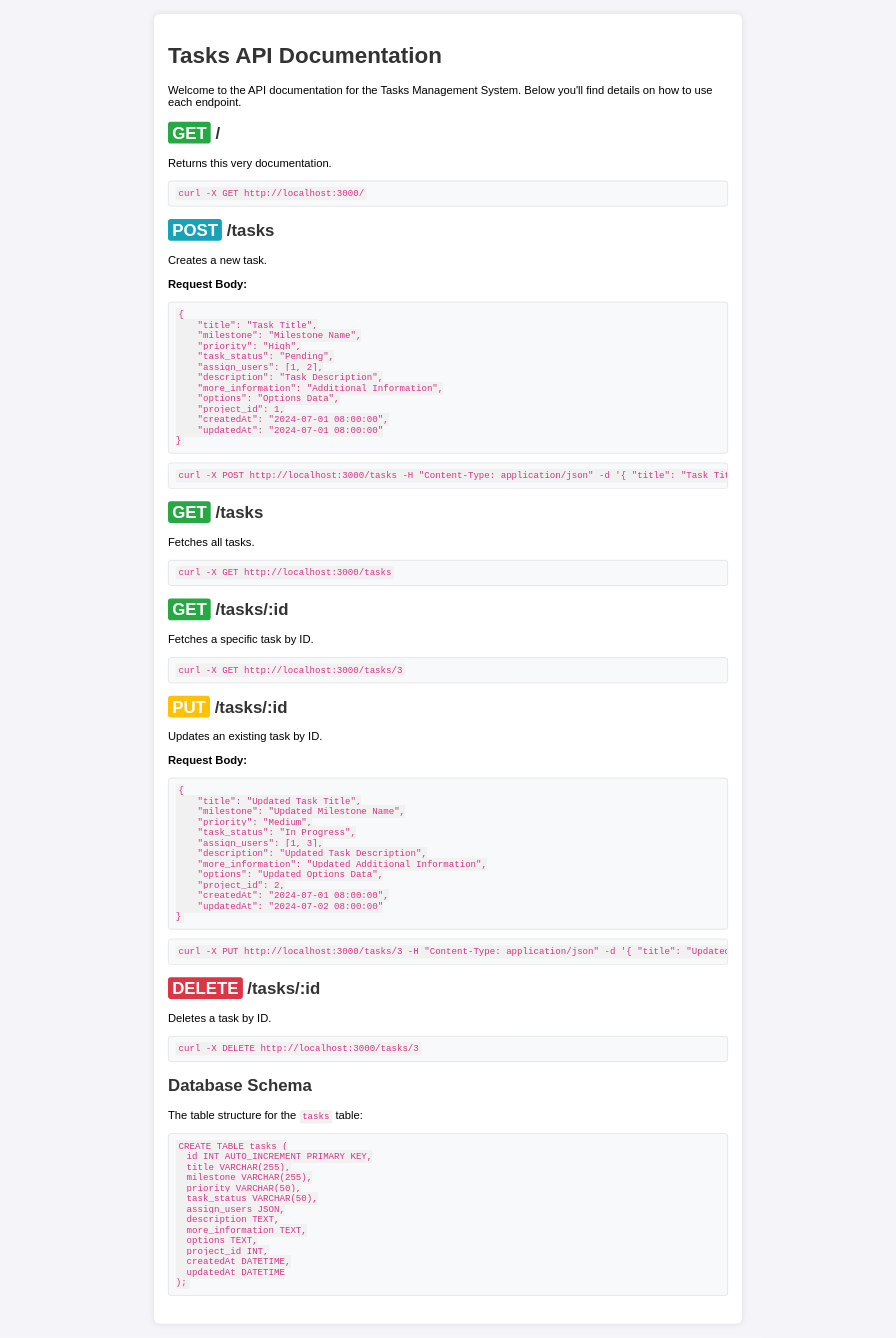
Repository: SpicierEwe/projects_node_express_server
Page: api_documentation/documentation.html
These files come from the project's save history. The page is drawn as it stood at one moment and after the next save; the edit follows.
The browser window is 1280 px wide. The pictures show the whole page, at 70% of full size.

Above is the page before, as saved 2024-07-23 17:25:04.

After the next save:
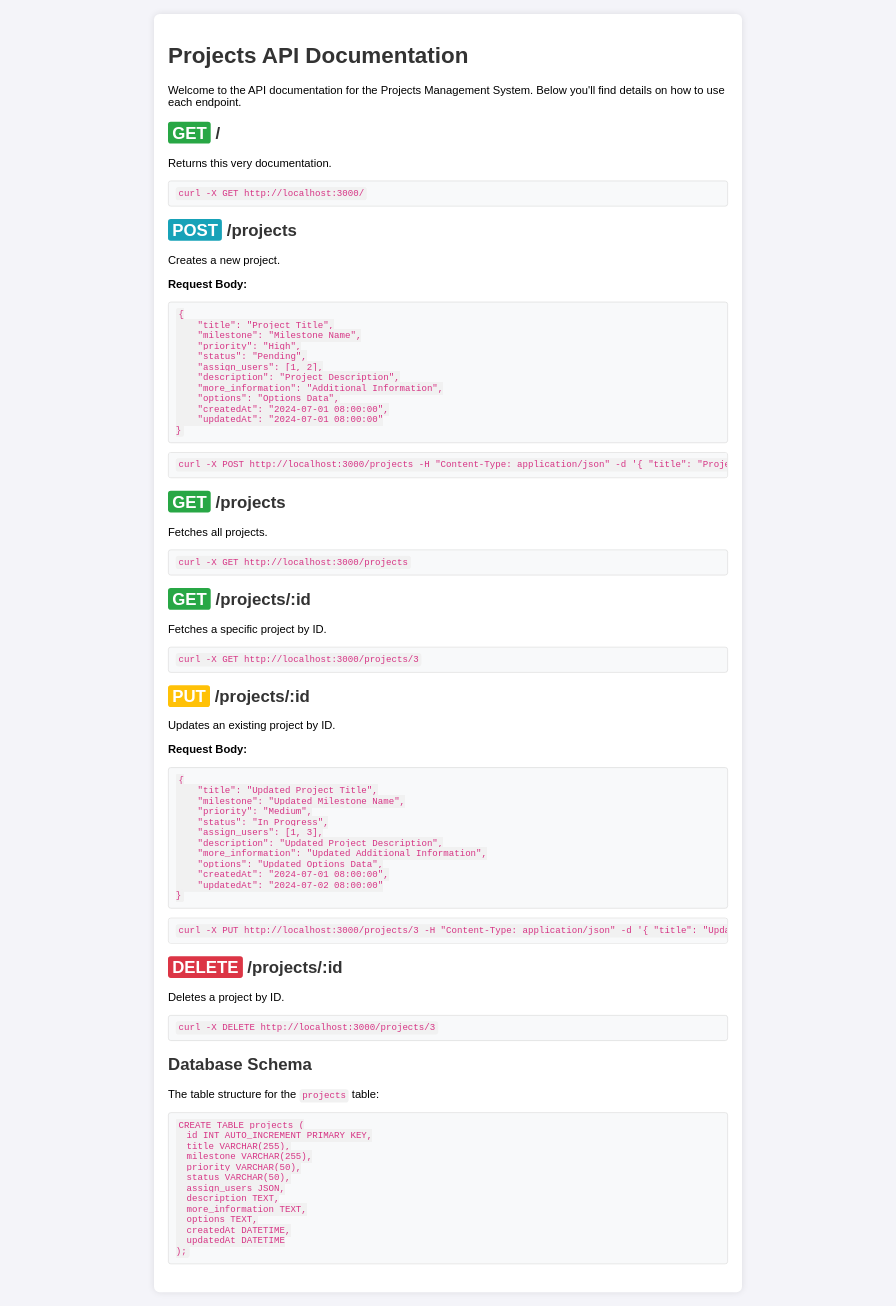
Saved 8 min 37 s later.
--- a/api_documentation/documentation.html
+++ b/api_documentation/documentation.html
@@ -3,7 +3,7 @@
   <head>
     <meta charset="UTF-8" />
     <meta name="viewport" content="width=device-width, initial-scale=1.0" />
-    <title>Tasks API Documentation</title>
+    <title>Projects API Documentation</title>
     <style>
       body {
         font-family: Arial, sans-serif;
@@ -62,10 +62,10 @@
   </head>
   <body>
     <div class="container">
-      <h1>Tasks API Documentation</h1>
+      <h1>Projects API Documentation</h1>
       <p>
-        Welcome to the API documentation for the Tasks Management System. Below
-        you'll find details on how to use each endpoint.
+        Welcome to the API documentation for the Projects Management System.
+        Below you'll find details on how to use each endpoint.
       </p>
 
       <div class="route">
@@ -75,77 +75,74 @@
       </div>
 
       <div class="route">
-        <h2><span class="method post">POST</span> /tasks</h2>
-        <p>Creates a new task.</p>
+        <h2><span class="method post">POST</span> /projects</h2>
+        <p>Creates a new project.</p>
         <p><strong>Request Body:</strong></p>
         <pre><code>{
-    "title": "Task Title",
+    "title": "Project Title",
     "milestone": "Milestone Name",
     "priority": "High",
-    "task_status": "Pending",
+    "status": "Pending",
     "assign_users": [1, 2],
-    "description": "Task Description",
+    "description": "Project Description",
     "more_information": "Additional Information",
     "options": "Options Data",
-    "project_id": 1,
     "createdAt": "2024-07-01 08:00:00",
     "updatedAt": "2024-07-01 08:00:00"
 }</code></pre>
-        <pre><code>curl -X POST http://localhost:3000/tasks -H "Content-Type: application/json" -d '{ "title": "Task Title", "milestone": "Milestone Name", "priority": "High", "task_status": "Pending", "assign_users": [1, 2], "description": "Task Description", "more_information": "Additional Information", "options": "Options Data", "project_id": 1, "createdAt": "2024-07-01 08:00:00", "updatedAt": "2024-07-01 08:00:00" }'</code></pre>
+        <pre><code>curl -X POST http://localhost:3000/projects -H "Content-Type: application/json" -d '{ "title": "Project Title", "milestone": "Milestone Name", "priority": "High", "status": "Pending", "assign_users": [1, 2], "description": "Project Description", "more_information": "Additional Information", "options": "Options Data", "createdAt": "2024-07-01 08:00:00", "updatedAt": "2024-07-01 08:00:00" }'</code></pre>
       </div>
 
       <div class="route">
-        <h2><span class="method get">GET</span> /tasks</h2>
-        <p>Fetches all tasks.</p>
-        <pre><code>curl -X GET http://localhost:3000/tasks</code></pre>
+        <h2><span class="method get">GET</span> /projects</h2>
+        <p>Fetches all projects.</p>
+        <pre><code>curl -X GET http://localhost:3000/projects</code></pre>
       </div>
 
       <div class="route">
-        <h2><span class="method get">GET</span> /tasks/:id</h2>
-        <p>Fetches a specific task by ID.</p>
-        <pre><code>curl -X GET http://localhost:3000/tasks/3</code></pre>
+        <h2><span class="method get">GET</span> /projects/:id</h2>
+        <p>Fetches a specific project by ID.</p>
+        <pre><code>curl -X GET http://localhost:3000/projects/3</code></pre>
       </div>
 
       <div class="route">
-        <h2><span class="method put">PUT</span> /tasks/:id</h2>
-        <p>Updates an existing task by ID.</p>
+        <h2><span class="method put">PUT</span> /projects/:id</h2>
+        <p>Updates an existing project by ID.</p>
         <p><strong>Request Body:</strong></p>
         <pre><code>{
-    "title": "Updated Task Title",
+    "title": "Updated Project Title",
     "milestone": "Updated Milestone Name",
     "priority": "Medium",
-    "task_status": "In Progress",
+    "status": "In Progress",
     "assign_users": [1, 3],
-    "description": "Updated Task Description",
+    "description": "Updated Project Description",
     "more_information": "Updated Additional Information",
     "options": "Updated Options Data",
-    "project_id": 2,
     "createdAt": "2024-07-01 08:00:00",
     "updatedAt": "2024-07-02 08:00:00"
 }</code></pre>
-        <pre><code>curl -X PUT http://localhost:3000/tasks/3 -H "Content-Type: application/json" -d '{ "title": "Updated Task Title", "milestone": "Updated Milestone Name", "priority": "Medium", "task_status": "In Progress", "assign_users": [1, 3], "description": "Updated Task Description", "more_information": "Updated Additional Information", "options": "Updated Options Data", "project_id": 2, "createdAt": "2024-07-01 08:00:00", "updatedAt": "2024-07-02 08:00:00" }'</code></pre>
+        <pre><code>curl -X PUT http://localhost:3000/projects/3 -H "Content-Type: application/json" -d '{ "title": "Updated Project Title", "milestone": "Updated Milestone Name", "priority": "Medium", "status": "In Progress", "assign_users": [1, 3], "description": "Updated Project Description", "more_information": "Updated Additional Information", "options": "Updated Options Data", "createdAt": "2024-07-01 08:00:00", "updatedAt": "2024-07-02 08:00:00" }'</code></pre>
       </div>
 
       <div class="route">
-        <h2><span class="method delete">DELETE</span> /tasks/:id</h2>
-        <p>Deletes a task by ID.</p>
-        <pre><code>curl -X DELETE http://localhost:3000/tasks/3</code></pre>
+        <h2><span class="method delete">DELETE</span> /projects/:id</h2>
+        <p>Deletes a project by ID.</p>
+        <pre><code>curl -X DELETE http://localhost:3000/projects/3</code></pre>
       </div>
 
       <div class="route">
         <h2>Database Schema</h2>
-        <p>The table structure for the <code>tasks</code> table:</p>
-        <pre><code>CREATE TABLE tasks (
+        <p>The table structure for the <code>projects</code> table:</p>
+        <pre><code>CREATE TABLE projects (
   id INT AUTO_INCREMENT PRIMARY KEY,
   title VARCHAR(255),
   milestone VARCHAR(255),
   priority VARCHAR(50),
-  task_status VARCHAR(50),
+  status VARCHAR(50),
   assign_users JSON,
   description TEXT,
   more_information TEXT,
   options TEXT,
-  project_id INT,
   createdAt DATETIME,
   updatedAt DATETIME
 );
